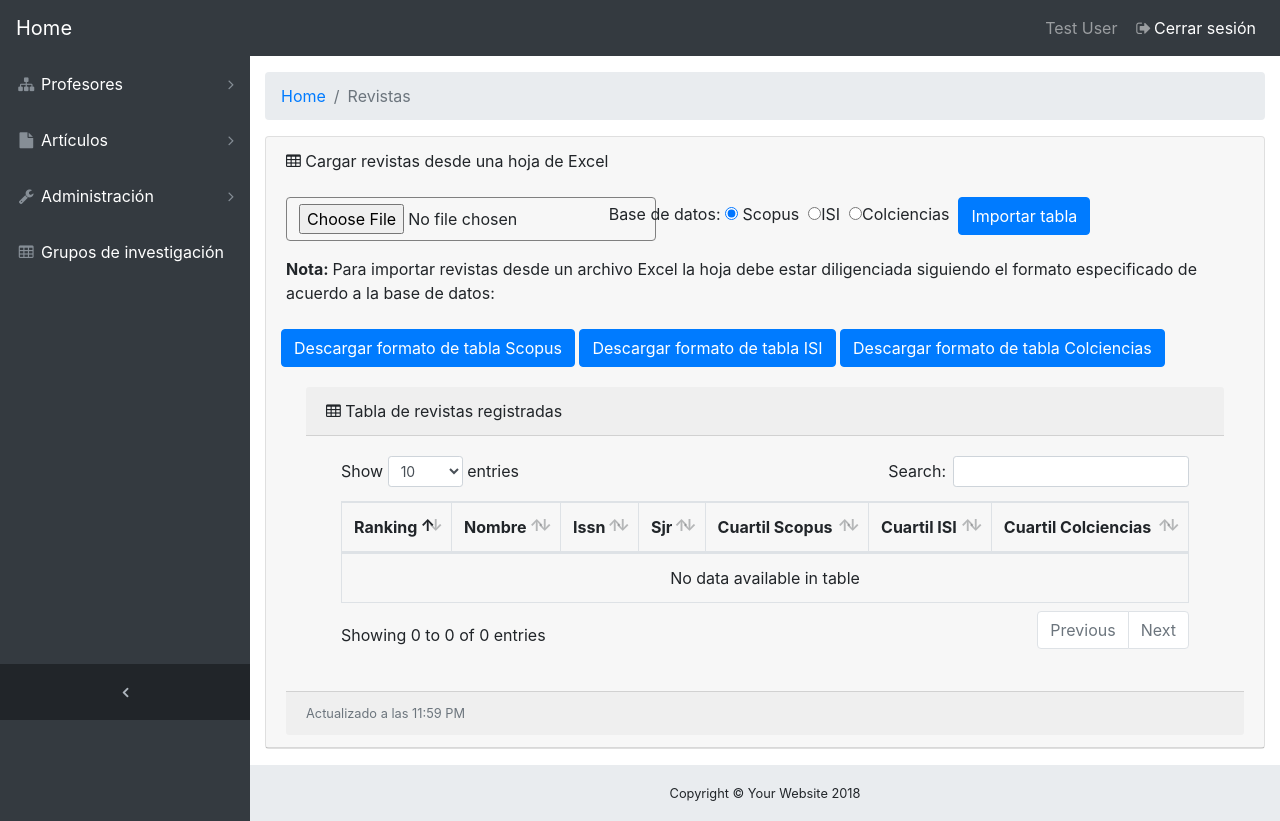
Repository: arnaldosanmartin/RepositorioWeb
Page: http://localhost/startbootstrap-sb-admin-gh-pages/Revistas.php
The author's editor kept a record of every edit. The page is drawn from the files as they stood at one moment, then again after the next edit.
The browser window is 1280 px wide. The pictures show the whole page.
The page is run by PHP 8.4 with error messages shown; the project is at /var/www/html/. The session is filled in as if someone had signed in: {"user_id": 1, "user_name": "Test User", "user_rol": "admin"}. Other server files are loaded and not shown. Queries for data that is not in the repository find no rows.

Above is the page before.

### startbootstrap-sb-admin-gh-pages/Revistas.php
<?php
  session_start();
  if(isset($_SESSION["user_id"])==false){
    header('Location: login.php');
  }

  $host= "127.0.0.1";
  $user= "azarot";
  $pass= "";
  $db= "mydb";
  $port= 3306;
  $connection= mysqli_connect($host, $user, $pass, $db, $port)or die(mysql_error());

  $tbody = "";
  $theadScopus = "<th>Ranking</th><th>Nombre de revista</th><th>Tipo (Journal)</th><th>Issn</th><th>SJR</th><th>Cuartil Scopus</th>";
  $tableScopus = "<table id='tbScopus' class='table'><thead><tr>".$theadScopus."</tr></thead><tbody>".$tbody."</tbody></table>";

  $theadISI = "<th>Ranking</th><th>Nombre de revista</th><th>Tipo (Journal)</th><th>Issn</th><th>SJR</th><th>Cuartil ISI</th>";
  $tableISI = "<table id='tbISI' class='table'><thead><tr>".$theadISI."</tr></thead><tbody>".$tbody."</tbody></table>";

  $theadColciencias = "<th>Ranking</th><th>Nombre de revista (Journal)</th><th>Tipo</th><th>Issn</th><th>SJR</th><th>Cuartil Scopus</th><th>Cuartil ISI</th><th>Cuartil Colciencias</th>";
  $tableColciencias = "<table id='tbColciencias' class='table'><thead><tr>".$theadColciencias."</tr></thead><tbody>".$tbody."</tbody></table>";

?>

<!DOCTYPE html>
<html lang="en">

<head>
  <meta charset="utf-8">
  <meta http-equiv="X-UA-Compatible" content="IE=edge">
  <meta name="viewport" content="width=device-width, initial-scale=1, shrink-to-fit=no">
  <meta name="description" content="Tablas de los grupos">
  <meta name="author" content="Aza">
  <title>Revistas</title>
  <!-- Bootstrap core CSS-->
  <link href="vendor/bootstrap/css/bootstrap.min.css" rel="stylesheet">
  <!-- Custom fonts for this template-->
  <link href="vendor/font-awesome/css/font-awesome.min.css" rel="stylesheet" type="text/css">
  <!-- Page level plugin CSS-->
  <link href="vendor/datatables/dataTables.bootstrap4.css" rel="stylesheet">
  <!-- Custom styles for this template-->
  <link href="css/sb-admin.css" rel="stylesheet">
  <meta name="google-signin-scope" content="profile email">
  <meta name="google-signin-client_id" content="853788532639-kml0n403m7uunopq9v5mqt7lc89nq5to.apps.googleusercontent.com">
  <style type="text/css">
        .dataTables_wrapper{
            width: 100%;
        }
  </style>
</head>

<body class="fixed-nav sticky-footer bg-dark" id="page-top">

  <!-- Navigation-->
  <nav class="navbar navbar-expand-lg navbar-dark bg-dark fixed-top" id="mainNav">
    <a class="navbar-brand" href="Home.php">Home</a>
    <button class="navbar-toggler navbar-toggler-right" type="button" data-toggle="collapse" data-target="#navbarResponsive" aria-controls="navbarResponsive" aria-expanded="false" aria-label="Toggle navigation">
      <span class="navbar-toggler-icon"></span>
    </button>
    <div class="collapse navbar-collapse" id="navbarResponsive">
      <ul class="navbar-nav navbar-sidenav" id="exampleAccordion">
        <li class="nav-item" data-toggle="tooltip" data-placement="right" title="Menu Levels">
          <a class="nav-link nav-link-collapse collapsed" data-toggle="collapse" href="#collapseMulti" data-parent="#exampleAccordion">
            <i class="fa fa-fw fa-sitemap"></i>
            <span class="nav-link-text"><font color="white">Profesores</font></span>
          </a>
          <ul class="sidenav-second-level collapse" id="collapseMulti">
            <li>
              <a href="Perfil.php"><font color="white">Mi perfil</font></a>
            </li>
            <li>
              <a href="tablesMisGroup.php"><font color="white">Mis grupos</font></a>
            </li>
          </ul>
        </li>
        <li class="nav-item" data-toggle="tooltip" data-placement="right" title="Example Pages">
          <a class="nav-link nav-link-collapse collapsed" data-toggle="collapse" href="#collapseExamplePages" data-parent="#exampleAccordion">
            <i class="fa fa-fw fa-file"></i>
            <span class="nav-link-text"><font color="white">Art&iacute;culos</font></span>
          </a>
          <ul class="sidenav-second-level collapse" id="collapseExamplePages">
            <li>
              <a href="BusquedaArt.php"><font color="white">Buscar art&iacute;culos</font></a>
            </li>
            <li>
              <a href="tablesArtic.php"><font color="white">Mis art&iacute;culos</font></a>
            </li>
            <li>
              <a href="registerArticulo.php"><font color="white">Registrar art&iacute;culos</font></a>
            </li>
          </ul>
        </li>

        <li class="nav-item" data-toggle="tooltip" data-placement="right" title="Link">
          <a class="nav-link nav-link-collapse collapsed" data-toggle="collapse" href="#collapseExamplePages2" data-parent="#exampleAccordion">
            <i class="fa fa-fw fa-wrench"></i>
            <span class="nav-link-text"><font color="white">Administraci&oacute;n</font></span>
          </a>
          <ul class="sidenav-second-level collapse" id="collapseExamplePages2">
            <?php
              if($_SESSION["user_rol"]==1){
                echo "<li>
                        <a href='RelGrupo.php'><font color='white'>Relacionar con grupos</font></a>
                      </li>
                      <li>
                        <a href='RelDept.php'><font color='white'>Relacionar con departamentos</font></a>
                      </li>
                      <li>
                        <a href='Profesores.php'><font color='white'>Registrar profesores</font></a>
                      </li>
                      <li>
                        <a href='Revistas.php'><font color='white'>Administrar revistas</font></a>
                      </li>";
              }
            ?>
            <li>
              <a href="Consulta.php"><font color="white">Consultas</font></a>
            </li>
          </ul>
        </li>
        <li class="nav-item" data-toggle="tooltip" data-placement="right" title="Charts">
          <a class="nav-link" href="tablesGroup.php">
            <i class="fa fa-fw fa-table"></i>
            <span class="nav-link-text"><font color="white">Grupos de investigaci&oacute;n</font></span>
          </a>
        </li>
      </ul>
      <ul class="navbar-nav sidenav-toggler">
        <li class="nav-item">
          <a class="nav-link text-center" id="sidenavToggler">
            <i class="fa fa-fw fa-angle-left"></i>
          </a>
        </li>
      </ul>
      <ul class="navbar-nav ml-auto">
        <li class="nav-item">
          <a class="nav-link" href="Perfil.php">
            <?php echo $_SESSION["user_name"]; ?></a>
        </li>
        <li class="nav-item">
          <a class="nav-link" data-toggle="modal" data-target="#exampleModal">
            <i class="fa fa-fw fa-sign-out"></i><font color="white">Cerrar sesi&oacute;n</font></a>
        </li>
      </ul>
    </div>
  </nav>
  <div class="content-wrapper">
    <div class="container-fluid">
      <!-- Breadcrumbs-->
      <ol class="breadcrumb">
        <li class="breadcrumb-item">
          <a href="Home.php">Home</a>
        </li>
        <li class="breadcrumb-item active">Revistas</li>
      </ol>
      <!-- Example DataTables Card-->
      <div class="card mb-3">
        <div class="card-header">
            <form method="post" action="">
              <i class="fa fa-table"></i> Cargar revistas desde una hoja de Excel <br></br>
            </form>
            <form action="LeerExcel.php" method="post" enctype="multipart/form-data">
              <div class="form-group">
               <div class="form-row">
                <div class="col-md-4" >
                 <input type="file" class="btn" style="border-width: 1px; border-color:  grey;" name="file" id="file">
                </div>
                <div class="col-md-7" >
                  Base de datos:
                  <td colspan="4">
                    <input type="radio" id="Scopus" name="cod_db" value='Scopus' checked="checked"/> Scopus&nbsp;
                    <input type="radio" id="ISI" name="cod_db" value='ISI'/>ISI&nbsp;
                    <input type="radio" id="Colciencias" name="cod_db" value='Colciencias'/>Colciencias&nbsp;
                  </td>
                  <input type="submit" class="btn btn-primary" value="Importar tabla" name="submit">
                  <div class="form-row">
                </div>
                </div>
              </div>
            </div>
          </form>
          <strong>Nota: </strong> Para importar revistas desde un archivo Excel la hoja debe estar diligenciada siguiendo el formato especificado de acuerdo a la base de datos: <br></br>
          <div class="form-row" >
            <button onclick="doitScopus('xlsx');" class="btn btn-primary pull-left">Descargar formato de tabla Scopus</button> &nbsp;
            <button onclick="doitISI('xlsx');" class="btn btn-primary pull-left">Descargar formato de tabla ISI</button> &nbsp;
            <button onclick="doitColciencias('xlsx');" class="btn btn-primary pull-left">Descargar formato de tabla Colciencias</button>
          </div>

        <div class="card-body">
          <div class="table-responsive">

            <div class="card-header">
              <i class="fa fa-table"></i> Tabla de revistas registradas </div>
            <div class="card-body">
              <div class="table-responsive">
                <table class="table table-bordered" id="dataTable" width="100%" cellspacing="0">
                  <thead>
                    <tr>
                      <th>Ranking</th>
                      <th>Nombre</th>
                      <th>Issn</th>
                      <th>Sjr</th>
                      <th>Cuartil Scopus</th>
                      <th>Cuartil ISI</th>
                      <th>Cuartil Colciencias</th>
                    </tr>
                  </thead>
                  <tbody>
                    <?php
                        $query= "SELECT rank, nombre, issn, sjr, cuartilScopus, cuartilIsci, cuartilIndex FROM Revista";
                        $result= mysqli_query($connection, $query);
                        while ($row= mysqli_fetch_assoc($result)) {
                            echo "<tr><td>" . $row['rank'] . "</td><td>" . $row['nombre']."</td>
                           <td>" . $row['issn'] . "</td> <td>" . $row['sjr'] . "</td><td>" . $row['cuartilScopus']."</td>
                           <td>" . $row['cuartilIsci']."</td><td>" . $row['cuartilIndex']."</td></tr>" ;
                          }
                       //$connection->close();
                    ?>

                  </tbody>
                </table>
              </div>
            </div>
           <div hidden>
            <?php echo $tableScopus; echo $tableISI; echo $tableColciencias; ?>
           </div>
          </div>
        </div>
        <div class="card-footer small text-muted">Actualizado a las 11:59 PM</div>
      </div>
    </div>
    <!-- /.container-fluid-->
    <!-- /.content-wrapper-->
    <footer class="sticky-footer">
      <div class="container">
        <div class="text-center">
          <small>Copyright © Your Website 2018</small>
        </div>
      </div>
    </footer>
    <!-- Scroll to Top Button-->
    <a class="scroll-to-top rounded" href="#page-top">
      <i class="fa fa-angle-up"></i>
    </a>
    <!-- Logout Modal-->
    <div class="modal fade" id="exampleModal" tabindex="-1" role="dialog" aria-labelledby="exampleModalLabel" aria-hidden="true">
      <div class="modal-dialog" role="document">
        <div class="modal-content">
          <div class="modal-header">
            <h5 class="modal-title" id="exampleModalLabel">¿Seguro de cerrar sesión?</h5>
            <button class="close" type="button" data-dismiss="modal" aria-label="Close">
              <span aria-hidden="true">×</span>
            </button>
          </div>
          <div class="modal-body">Presione "Salir", si esta seguro de cerrar sesión.</div>
          <div class="modal-footer">
            <button class="btn btn-secondary" type="button" data-dismiss="modal">Cancelar</button>
            <a onclick="signOut();" class="btn btn-primary" href="#">Salir</a>
          </div>
        </div>
      </div>
    </div>
    <!-- Bootstrap core JavaScript-->
    <script src="vendor/jquery/jquery.min.js"></script>
    <script src="vendor/bootstrap/js/bootstrap.bundle.min.js"></script>
    <!-- Core plugin JavaScript-->
    <script src="vendor/jquery-easing/jquery.easing.min.js"></script>
    <!-- Page level plugin JavaScript-->
    <script src="vendor/datatables/jquery.dataTables.js"></script>
    <script src="vendor/datatables/dataTables.bootstrap4.js"></script>
    <script type="text/javascript" src="//unpkg.com/xlsx/dist/shim.min.js"></script>
    <script type="text/javascript" src="//unpkg.com/xlsx/dist/xlsx.full.min.js"></script>
    <script type="text/javascript" src="//unpkg.com/blob.js@1.0.1/Blob.js"></script>
    <script type="text/javascript" src="//unpkg.com/file-saver@1.3.3/FileSaver.js"></script>
    <!-- Custom scripts for all pages-->
    <script src="js/sb-admin.min.js"></script>
    <!-- Custom scripts for this page-->
    <script src="js/sb-admin-datatables.min.js"></script>
    <script src="https://apis.google.com/js/platform.js?onload=onLoad" async defer></script>
    <script>
      function doitScopus(type, fn, dl) {

	        var elt = document.getElementById('tbScopus');
	        var wb = XLSX.utils.table_to_book(elt, {sheet:"Scopus"});
	        return dl ? XLSX.write(wb, {bookType:type, bookSST:true, type: 'base64'}) : XLSX.writeFile(wb, fn || ('Formato_Scopus.' + (type || 'xlsx')));
        }

      function doitISI(type, fn, dl) {

	        var elt = document.getElementById('tbISI');
	        var wb = XLSX.utils.table_to_book(elt, {sheet:"ISI"});
	        return dl ? XLSX.write(wb, {bookType:type, bookSST:true, type: 'base64'}) : XLSX.writeFile(wb, fn || ('Formato_ISI.' + (type || 'xlsx')));
        }

      function doitColciencias(type, fn, dl) {

	        var elt = document.getElementById('tbColciencias');
	        var wb = XLSX.utils.table_to_book(elt, {sheet:"Colciencias"});
	        return dl ? XLSX.write(wb, {bookType:type, bookSST:true, type: 'base64'}) : XLSX.writeFile(wb, fn || ('Formato_Colciencias.' + (type || 'xlsx')));
        }

      function onLoad() {
        gapi.load('auth2', function() {
          gapi.auth2.init();
          /*if (gapi.auth2.getAuthInstance().isSignedIn.get()) {
            var profile = gapi.auth2.getAuthInstance().currentUser.get().getBasicProfile();
            console.log('ID: ' + profile.getId());
            console.log('Full Name: ' + profile.getName());
            console.log('Given Name: ' + profile.getGivenName());
          }*/
          //updateSigninStatus(gapi.auth2.getAuthInstance().isSignedIn.get());
        });
      }

      /*function updateSigninStatus(isSignedIn) {
        if (isSignedIn) {
          console.log("OK");
        } else {
          console.log("OK NOT");
        }
      }*/

      function signOut() {
        var auth2 = gapi.auth2.getAuthInstance();
        auth2.signOut().then(function () {
          window.location.href = "login.php";
        });
      }
    </script>
  </div>
</body>

</html>

Loaded but not shown: startbootstrap-sb-admin-gh-pages/js/sb-admin.min.js (common file); startbootstrap-sb-admin-gh-pages/js/sb-admin-datatables.min.js (common file); startbootstrap-sb-admin-gh-pages/css/sb-admin.css (482 lines, source omitted)

After the next edit:
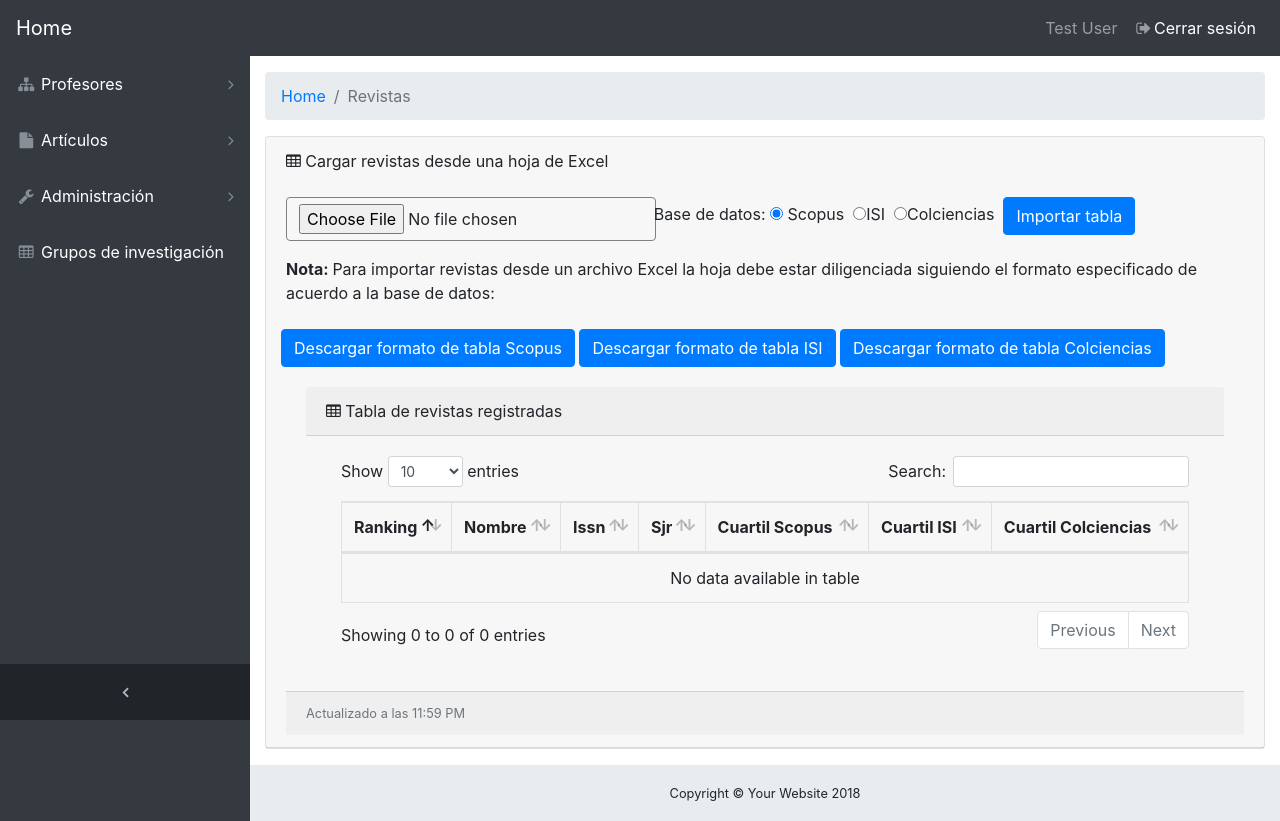
The edit:
--- a/startbootstrap-sb-admin-gh-pages/Revistas.php
+++ b/startbootstrap-sb-admin-gh-pages/Revistas.php
@@ -165,8 +165,8 @@
                <div class="form-row">
                 <div class="col-md-4" >
                  <input type="file" class="btn" style="border-width: 1px; border-color:  grey;" name="file" id="file">
-                </div>
-                <div class="col-md-7" >
+                </div>&nbsp;&nbsp;&nbsp;&nbsp;&nbsp;&nbsp;&nbsp;&nbsp;&nbsp;&nbsp;
+                <div class="col-md-7 pull-left" >
                   Base de datos:
                   <td colspan="4">
                     <input type="radio" id="Scopus" name="cod_db" value='Scopus' checked="checked"/> Scopus&nbsp;
